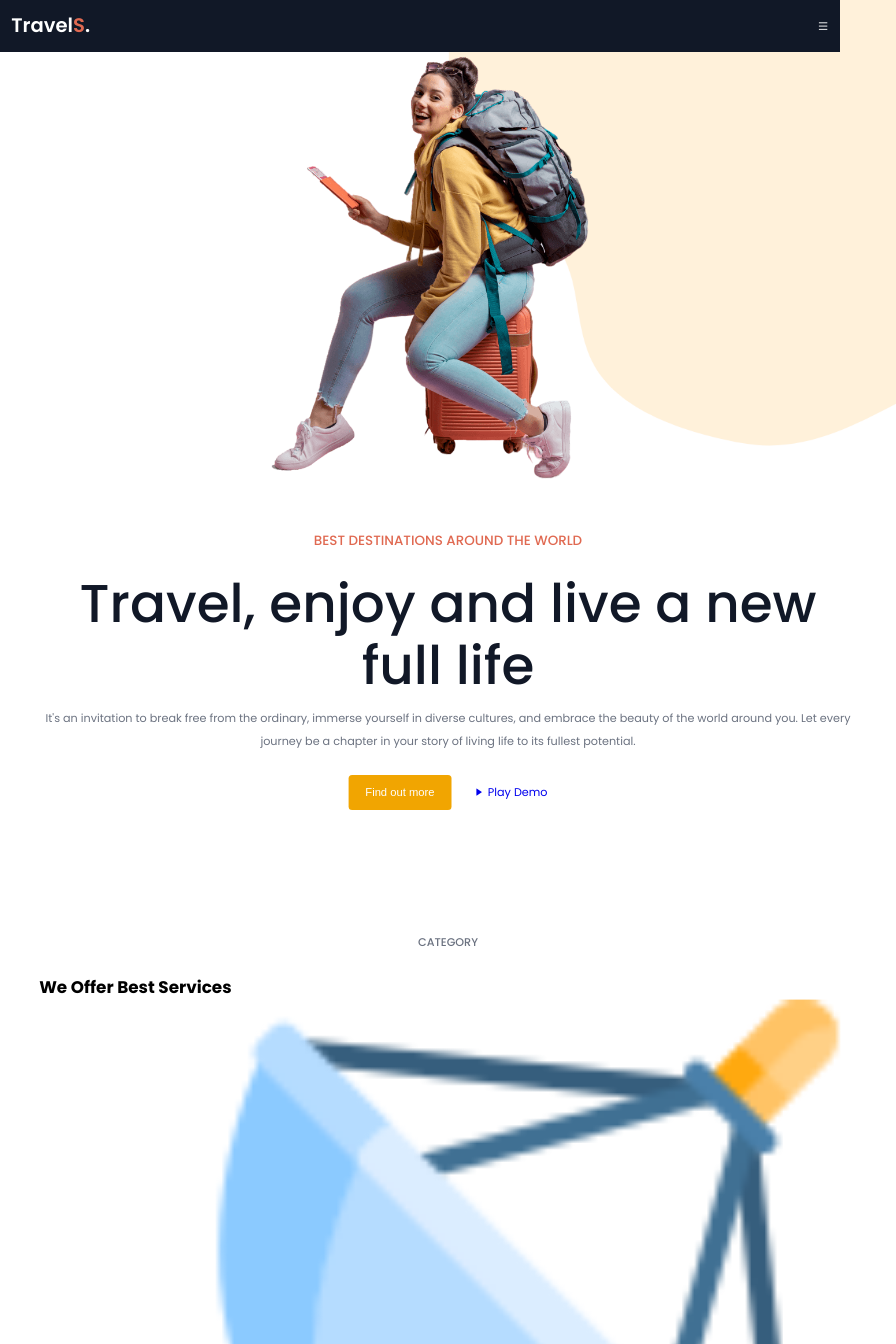
Repository: ntandomagana/travel-website
Page: index.html
An editor plug-in stored every save of this project. The page is shown before and after the next save, followed by the edit.
The browser window is 1280 px wide. The pictures show the part of the page from y = 0 to 1920 px (the page is 11279 px tall), at 70% of full size.

Above is the page before, as saved 2024-05-07 09:39:26.

After the next save:
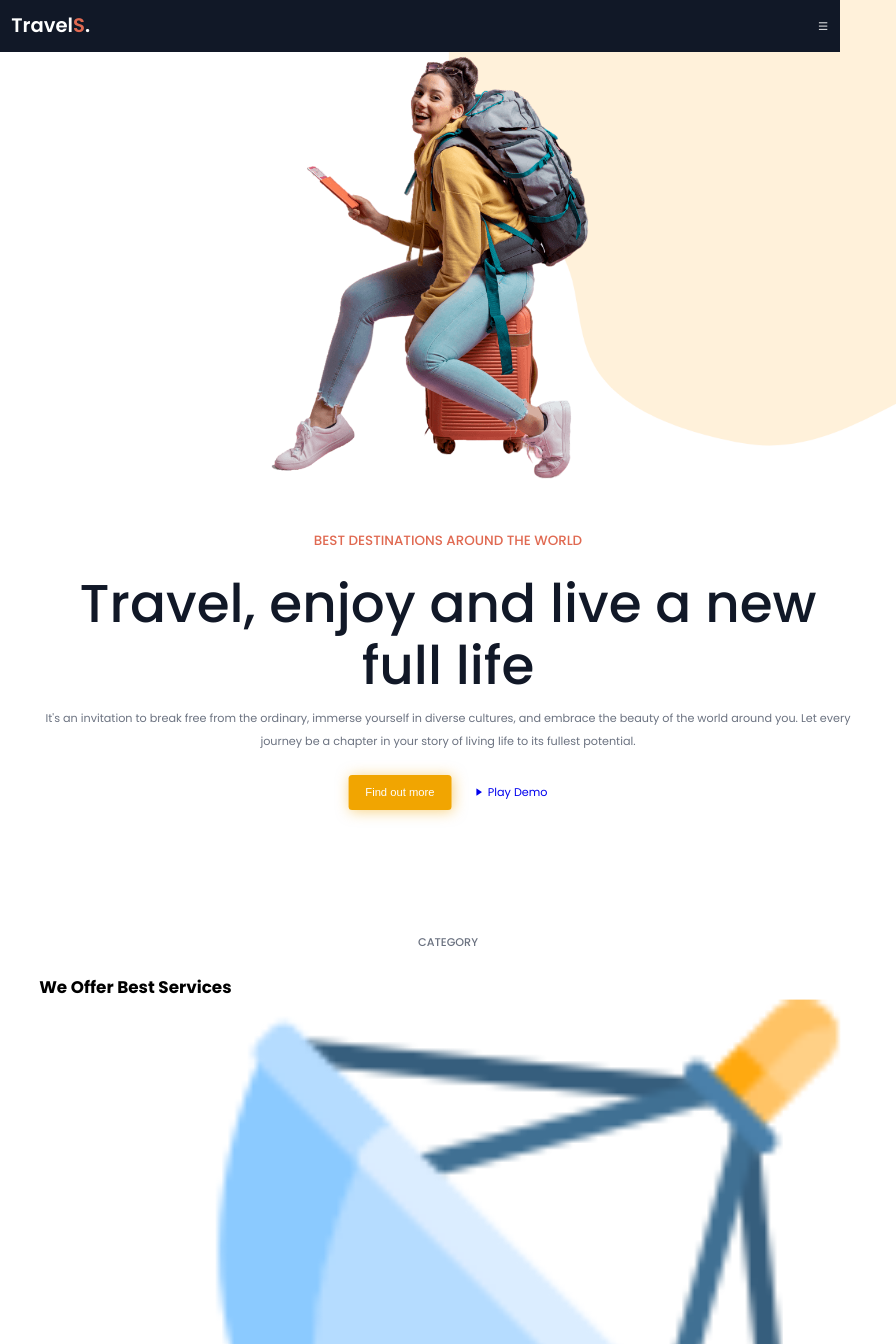
Saved 13 s later.
--- a/style.css
+++ b/style.css
@@ -174,5 +174,5 @@ ul {
     color: var(--white);
     background-color: #f1a501;
     border-radius: 5px;
-    box-shadow: ;
+    box-shadow: 2px 2px 20px rgba(241, 165, 1, 0.5);
 }
